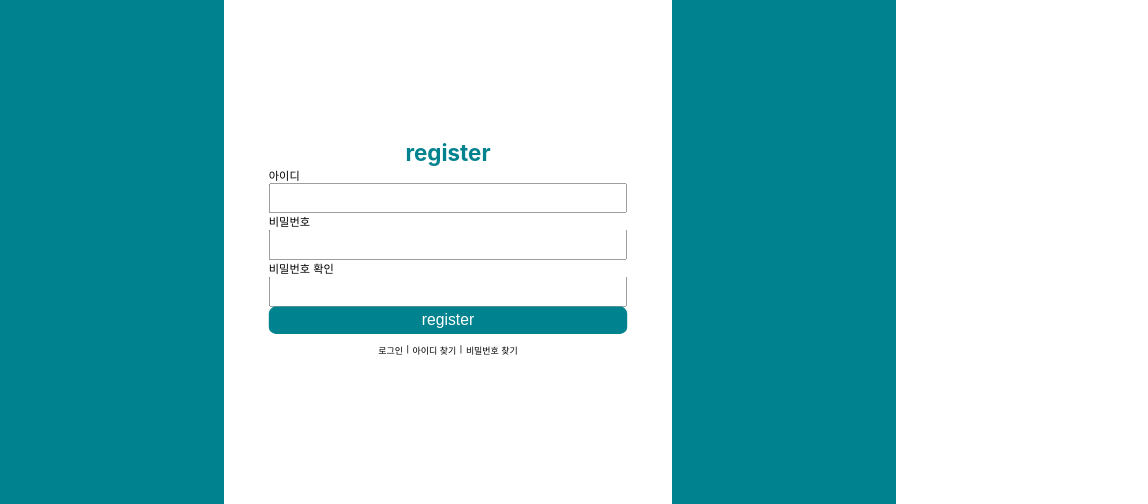
Repository: SeungYn/ticktickup-client
Page: /register
These files come from the project's save history. The page is drawn as it stood at one moment and after the next save; the edit follows.
The browser window is 1280 px wide. The page is 1280 px wide, then 1640 px, then 1280 px, so the pictures cover 1640 px, including what lies to the right of the window. The pictures show the part of the page from y = 0 to 1520 px (the page is 720 px tall before and 2569 px after), at 70% of full size.
The project was rebuilt for these pictures with package versions that can differ from the ones it lists, and the page was loaded fresh each time. Also part of the build but not shown: src/App.tsx, src/pages/Main.tsx, src/pages/TimeDetail.tsx, src/pages/MyInfo.tsx, src/containers/auth/LoginFormContainer.tsx, src/pages/LoginPage.tsx.

Above is the page before, as saved 2023-01-03 21:18:40.

After the next save:
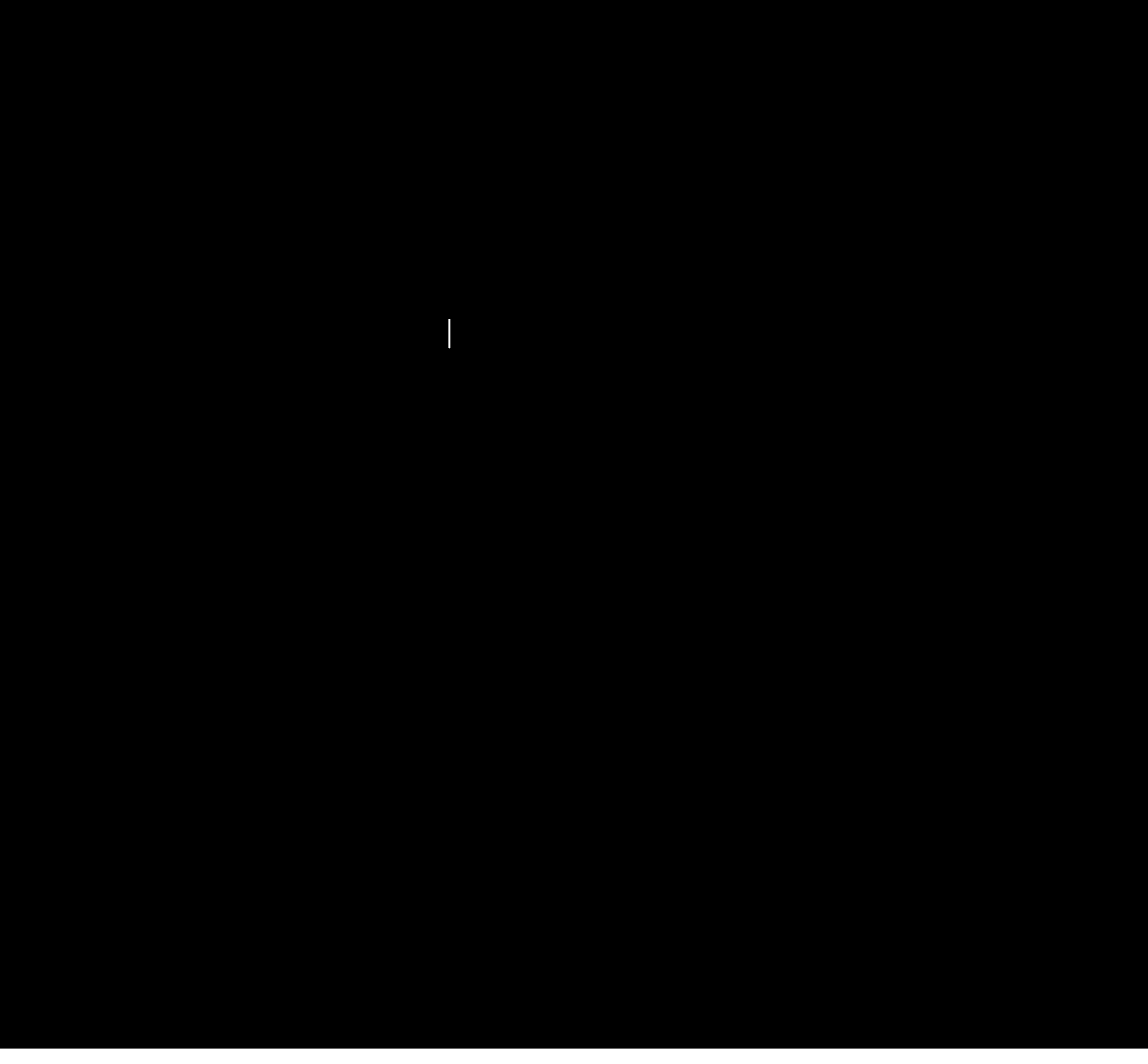
Saved 17 s later.
--- a/src/components/auth/authForm.modue.scss
+++ b/src/components/auth/authForm.modue.scss
@@ -14,7 +14,7 @@
     margin-bottom: 0.8rem;
   }
 
-  & label:last-child {
+  & #label-last {
     background-color: black;
     padding: 1000px;
     margin: 1000px;

After the save that followed:
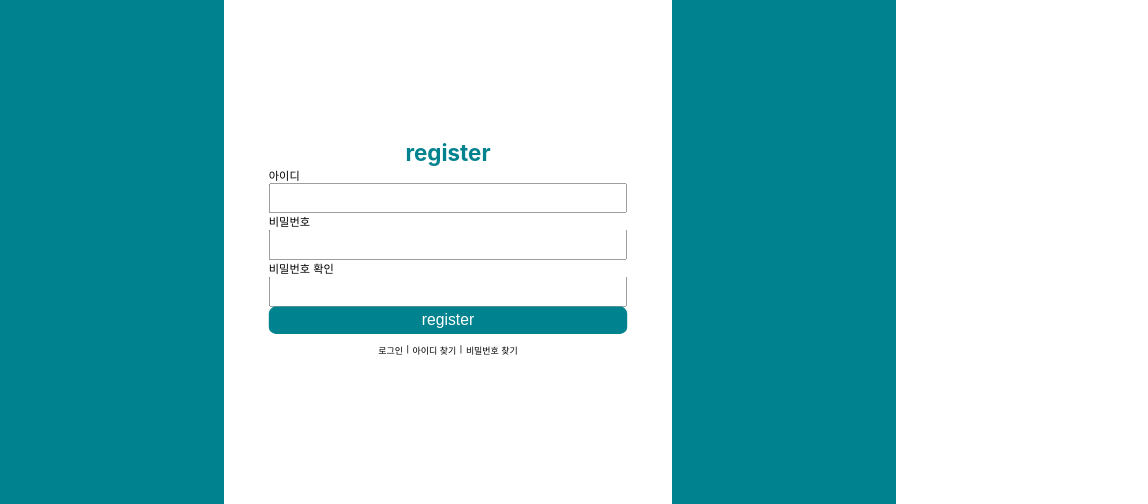
Saved 15 s later.
--- a/src/components/auth/authForm.modue.scss
+++ b/src/components/auth/authForm.modue.scss
@@ -15,9 +15,6 @@
   }
 
   & #label-last {
-    background-color: black;
-    padding: 1000px;
-    margin: 1000px;
   }
 
   & > h1 {
